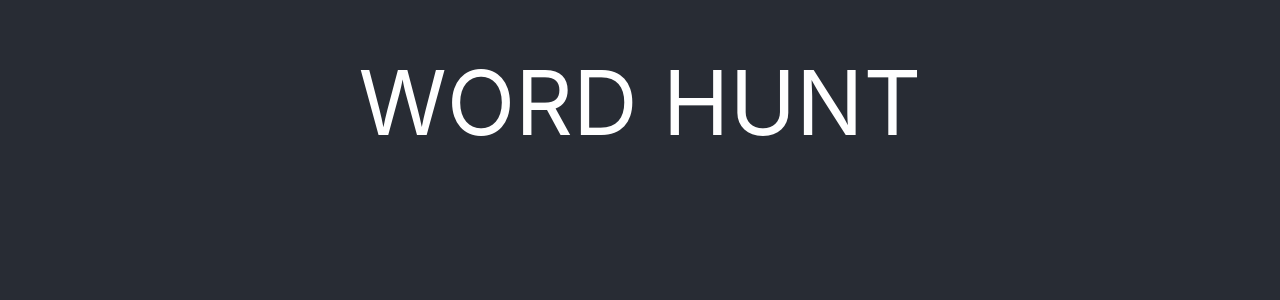
Repository: om1ars/react-translator
Page: /
These files come from the project's save history. The page is drawn as it stood at one moment and after a run of saves; the edit follows.
The browser window is 1280 px wide. The pictures show the whole page.
The page's requests for data from a server got no answer. The project was rebuilt for these pictures with package versions that can differ from the ones it lists, and the page was loaded fresh each time. No one was signed in, and anything a server would have sent is missing.

Above is the page before, as saved 2021-10-06 22:10:26.

After the next 20 saves:
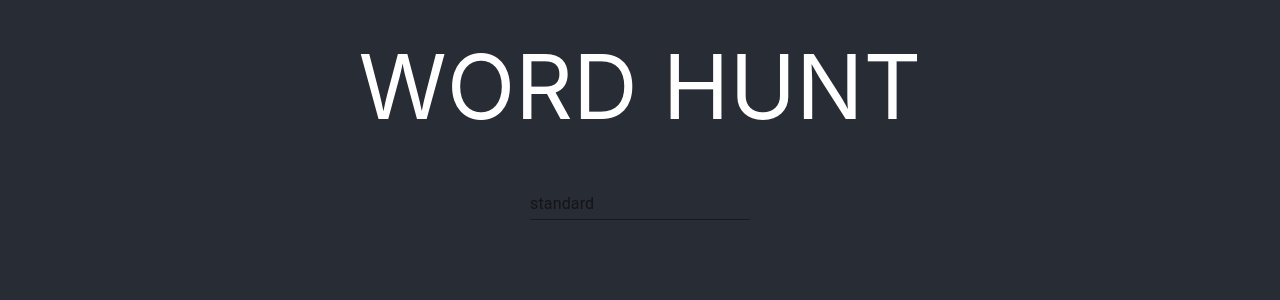
The 20 saves are shown as one change because they came seconds apart.
The last was saved 108 s later.
--- a/src/components/Header/Header.js
+++ b/src/components/Header/Header.js
@@ -1,3 +1,4 @@
+import { TextField } from '@material-ui/core'
 import React from 'react'
 import './Header.css'
 
@@ -6,7 +7,7 @@ export const Header = () => {
         <div className='header'>
             <span className="title">Word Hunt</span>
             <div className="inputs">
-
+                <TextField id='standard-basic' label='standard' />
             </div>
         </div>
     )
